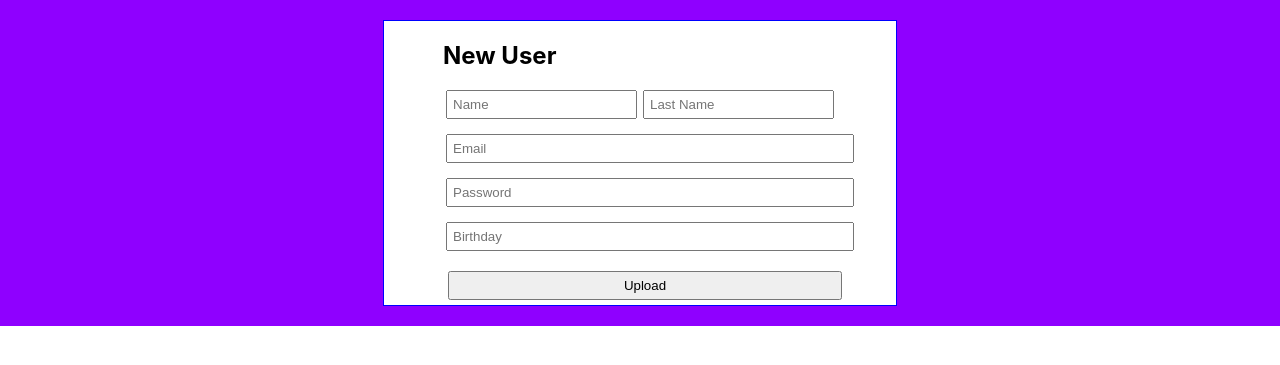
Repository: RobertAries28/CrudUsuarios
Page: /
An editor plug-in stored every save of this project. The page is shown before and after the next save, followed by the edit.
The browser window is 1280 px wide. The pictures show the whole page.
The page's requests for data from a server got no answer. The project was rebuilt for these pictures with package versions that can differ from the ones it lists, and the page was loaded fresh each time. No one was signed in, and anything a server would have sent is missing.

Above is the page before, as saved 2022-05-23 19:16:11.

After the next save:
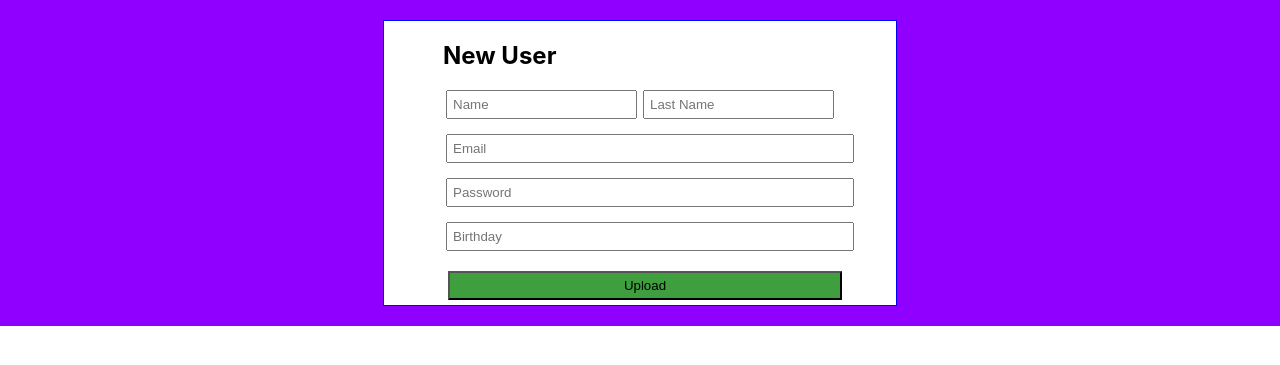
Saved 2 min 4 s later.
--- a/src/App.css
+++ b/src/App.css
@@ -47,6 +47,7 @@ margin: 0 3px;
   width: 100%;
   margin: 5px;
   padding: 5px;
+  background: #3f9f3f;
 }
 
 .date{
